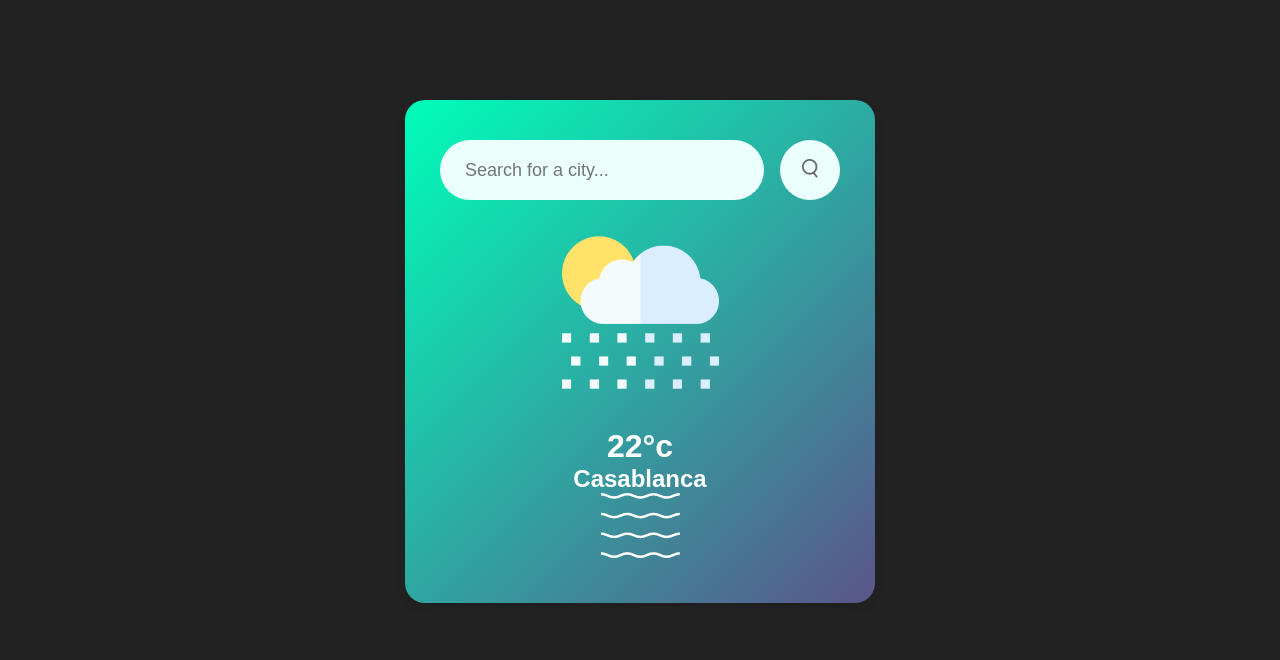
Repository: Abdelilah-Lakrim/Weather-App
Page: index.html
The author's editor kept a copy of each file at every save. The page is drawn from the files as they stood at one save, then again after the next save.
The browser window is 1280 px wide. The pictures show the whole page.

Above is the page before, as saved 2025-06-17 11:13:48.

After the next save:
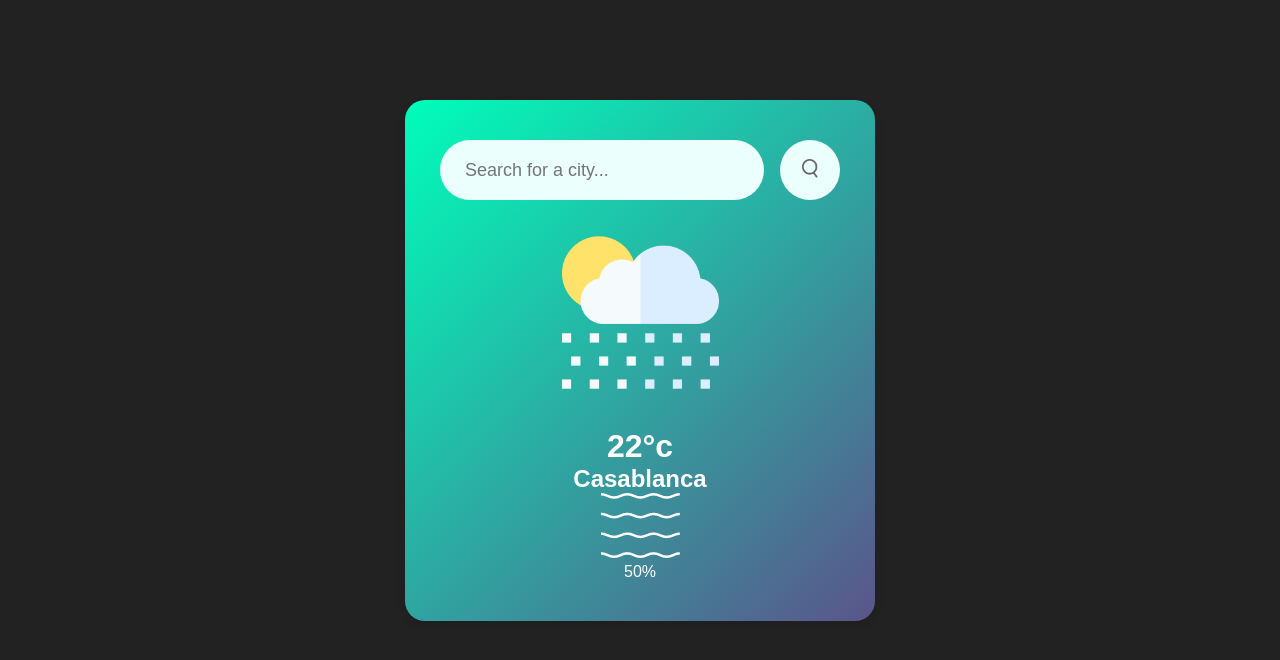
Saved 8 s later.
--- a/index.html
+++ b/index.html
@@ -20,7 +20,7 @@
                 <div class="col">
                     <img src="images/humidity.png">
                     <div>
-                        <p class="humidity"></p>
+                        <p class="humidity">50%</p>
                     </div>
                 </div>
             </div>
